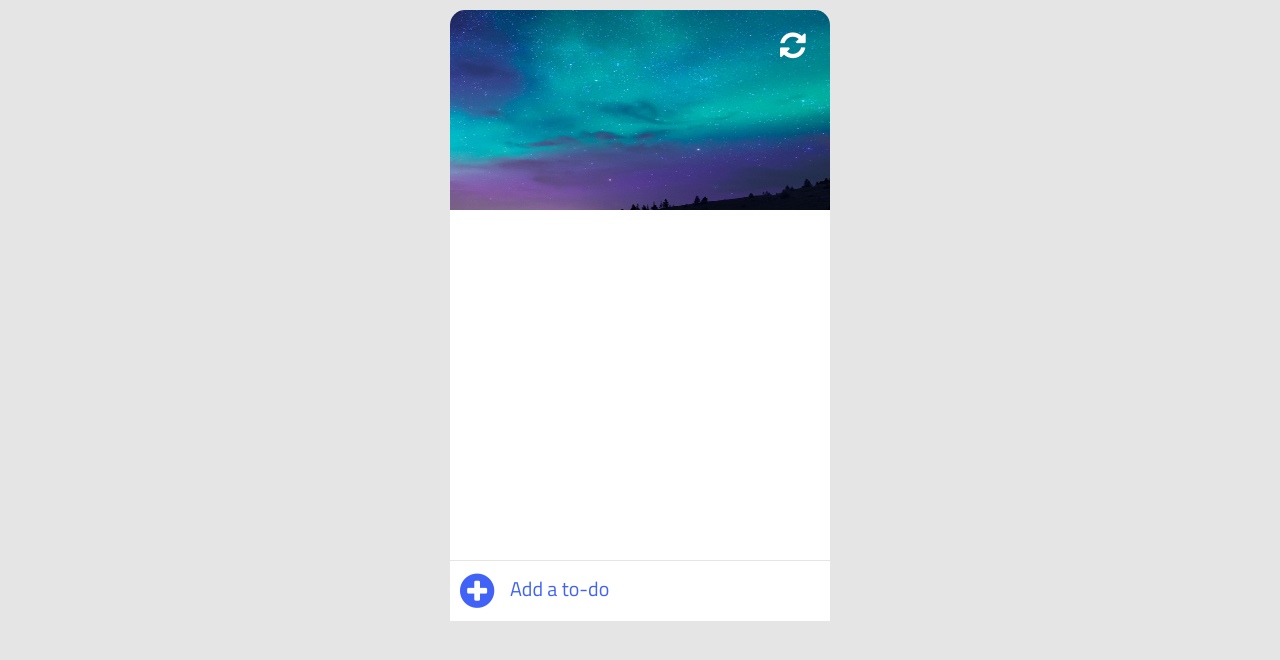
Repository: abouzarSoleymani/todo-js
Page: index.html
An editor plug-in stored every save of this project. The page is shown before and after the next save, followed by the edit.
The browser window is 1280 px wide. The pictures show the whole page.

Above is the page before, as saved 2019-11-15 13:16:56.
Console error: ReferenceError: moment is not defined

### index.html
<!-- CODE EXPLAINED CHANNEL -->
<!DOCTYPE html>
<html lang="en">
<head>
    <meta charset="UTF-8">
    <title>JavaScript - To Do List</title>
    <link rel="stylesheet" href="https://fonts.googleapis.com/css?family=Titillium+Web">
    <link rel="stylesheet" href="css/font-awesome.css">
    <link rel="stylesheet" href="css/style.css">
</head>
<body>
    <div class="container">
        <div class="header">
            <div class="clear">
                <i class="fa fa-refresh"></i>
            </div>
            <div id="date"></div>
            <div id="date-fa"></div>
        </div>
        <div class="content">
            <ul id="list">
               <!--
                <li class="item">
                    <i class="fa fa-circle-thin co" job="complete" id="0"></i>
                    <p class="text">Drink Coffee</p>
                    <i class="fa fa-trash-o de" job="delete" id="0"></i>
                </li> -->
            </ul>
        </div>
        <div class="add-to-do">
            <i class="fa fa-plus-circle"></i>
            <input type="text" id="input" placeholder="Add a to-do">
        </div>
    </div>
    <script src="js/app.js"></script>
</body>
</html>

### css/style.css
/* ------------ youtube.com/CodeExplained ------------ */
body{
    padding: 0;
    margin: 0;
    background-color: rgba(0,0,0,0.1);
    font-family: 'Titillium Web', sans-serif;
}

/* ------------ container ------------ */
.container{
    padding:10px;
    width:380px;
    margin:0 auto;
}

/* ------------ header ------------ */
.header{
    width: 380px;
    height:200px;
    background-image: url('../img/bg2.jpg');
    background-size: 100% 200%;
    background-repeat: no-repeat;
    border-radius: 15px 15px 0 0;
    position: relative;
}
.clear{
    width : 30px;
    height: 30px;
    position: absolute;
    right:20px;
    top: 20px;
}
.clear i{
    font-size: 30px;
    color: #FFF;
}
.clear i:hover{
    cursor: pointer;
    text-shadow: 1px 3px 5px #000;
    transform: rotate(45deg);
}
#date{
    position: absolute;
    bottom: 10px;
    left: 10px;
    color: #FFF;
    font-size: 25px;
    font-family: 'Titillium Web', sans-serif;
}
#date-fa{
    position: absolute;
    bottom: 10px;
    right: 10px;
    color: #FFF;
    font-size: 25px;
    font-family: 'Titillium Web', sans-serif;
}

/* ------------ content ------------ */
.content{
    width:380px;
    height: 350px;
    max-height:350px;
    background-color: #FFF;
    overflow: auto;
}
.content::-webkit-scrollbar {
    display: none;
}
.content ul{
    padding:0;
    margin:0;
}
.item{
    width:380px;
    height: 45px;
    min-height: 45px;
    position: relative;
    border-bottom: 1px solid rgba(0,0,0,0.1);
    list-style: none;
    padding: 0;
    margin: 0;
}
.item i.co{
    position: absolute;
    font-size: 25px;
    padding-left:5px;
    left:15px;
    top:10px;
}
.item i.co:hover{
    cursor: pointer;
}
.fa-check-circle{
    color:#6eb200;
}
.item p.text{
    position: absolute;
    padding:0;
    margin:0;
    font-size: 20px;
    left:50px;
    top:5px;
    background-color: #FFF;
    max-width:285px;
}
.lineThrough{
    text-decoration: line-through;
    color : #ccc;
}
.item i.de{
    position: absolute;
    font-size: 25px;
    right:15px;
    top:10px;
}
.item i.de:hover{
    color:#af0000;
    cursor: pointer;
}
/* ------------ add item ------------ */
.add-to-do{
    position: relative;
    width: 360px;
    height:40px;
    background-color: #FFF;
    padding: 10px;
    border-top: 1px solid rgba(0,0,0,0.1);
}
.add-to-do i{
    position: absolute;
    font-size: 40px;
    color: #4162f6;
}

.add-to-do input{
    position: absolute;
    left: 50px;
    height: 35px;
    width: 310px;
    background-color: transparent;
    border: none;
    font-size: 20px;
    padding-left:10px;
}
.add-to-do input::-webkit-input-placeholder { /* Chrome/Opera/Safari */
    color: #4162f6;
    font-family: 'Titillium Web', sans-serif;
    font-size: 20px;
}
.add-to-do input::-moz-placeholder { /* Firefox 19+ */
    color: #4162f6;
    font-family: 'Titillium Web', sans-serif;
    font-size: 20px;
}
.add-to-do input:-ms-input-placeholder { /* IE 10+ */
    color: #4162f6;
    font-family: 'Titillium Web', sans-serif;
    font-size: 20px;
}
.add-to-do input:-moz-placeholder { /* Firefox 18- */
    color: #4162f6;
    font-family: 'Titillium Web', sans-serif;
    font-size: 20px;
}

### js/app.js
// CODE EXPLAINED channel

// Select the Elements
const clear = document.querySelector(".clear");
const dateElementEN = document.getElementById("date");
const dateElementFA = document.getElementById("date-fa");
const list = document.getElementById("list");
const input = document.getElementById("input");

// Classes names
const CHECK = "fa-check-circle";
const UNCHECK = "fa-circle-thin";
const LINE_THROUGH = "lineThrough";

// Variables
let LIST, id;

// get item from localstorage
let data = localStorage.getItem("TODO");

// check if data is not empty
if(data){
    LIST = JSON.parse(data);
    id = LIST.length; // set the id to the last one in the list
    loadList(LIST); // load the list to the user interface
}else{
    // if data isn't empty
    LIST = [];
    id = 0;
}

// load items to the user's interface
function loadList(array){
    array.forEach(function(item){
        addToDo(item.name, item.id, item.done, item.trash);
    });
}

// clear the local storage
clear.addEventListener("click", function(){
    localStorage.clear();
    location.reload();
});

// Show todays date
const optionsEN = {weekday : "long", month:"short", day:"numeric"};
const optionsFA = { weekday : "long", month:"short", day:"numeric"};
const today = new Date();

var dateString = moment(today).format('YYYY-MM-DD');

dateElementEN.innerHTML = dateString.toLocaleDateString("en-US", optionsEN);
dateElementFA.innerHTML = dateString.toLocaleDateString("fa", optionsFA);

// add to do function

function addToDo(toDo, id, done, trash){

    if(trash){ return; }

    const DONE = done ? CHECK : UNCHECK;
    const LINE = done ? LINE_THROUGH : "";

    const item = `<li class="item">
                    <i class="fa ${DONE} co" job="complete" id="${id}"></i>
                    <p class="text ${LINE}">${toDo}</p>
                    <i class="fa fa-trash-o de" job="delete" id="${id}"></i>
                  </li>
                `;

    const position = "beforeend";

    list.insertAdjacentHTML(position, item);
}

// add an item to the list user the enter key
document.addEventListener("keyup",function(even){
    if(event.keyCode == 13){
        const toDo = input.value;

        // if the input isn't empty
        if(toDo){
            addToDo(toDo, id, false, false);

            LIST.push({
                name : toDo,
                id : id,
                done : false,
                trash : false
            });

            // add item to localstorage ( this code must be added where the LIST array is updated)
            localStorage.setItem("TODO", JSON.stringify(LIST));

            id++;
        }
        input.value = "";
    }
});


// complete to do
function completeToDo(element){
    element.classList.toggle(CHECK);
    element.classList.toggle(UNCHECK);
    element.parentNode.querySelector(".text").classList.toggle(LINE_THROUGH);

    LIST[element.id].done = LIST[element.id].done ? false : true;
}

// remove to do
function removeToDo(element){
    element.parentNode.parentNode.removeChild(element.parentNode);

    LIST[element.id].trash = true;
}

// target the items created dynamically

list.addEventListener("click", function(event){
    const element = event.target; // return the clicked element inside list
    const elementJob = element.attributes.job.value; // complete or delete

    if(elementJob == "complete"){
        completeToDo(element);
    }else if(elementJob == "delete"){
        removeToDo(element);
    }

    // add item to localstorage ( this code must be added where the LIST array is updated)
    localStorage.setItem("TODO", JSON.stringify(LIST));
});

Loaded but not shown: css/font-awesome.css (library)

After the next save:
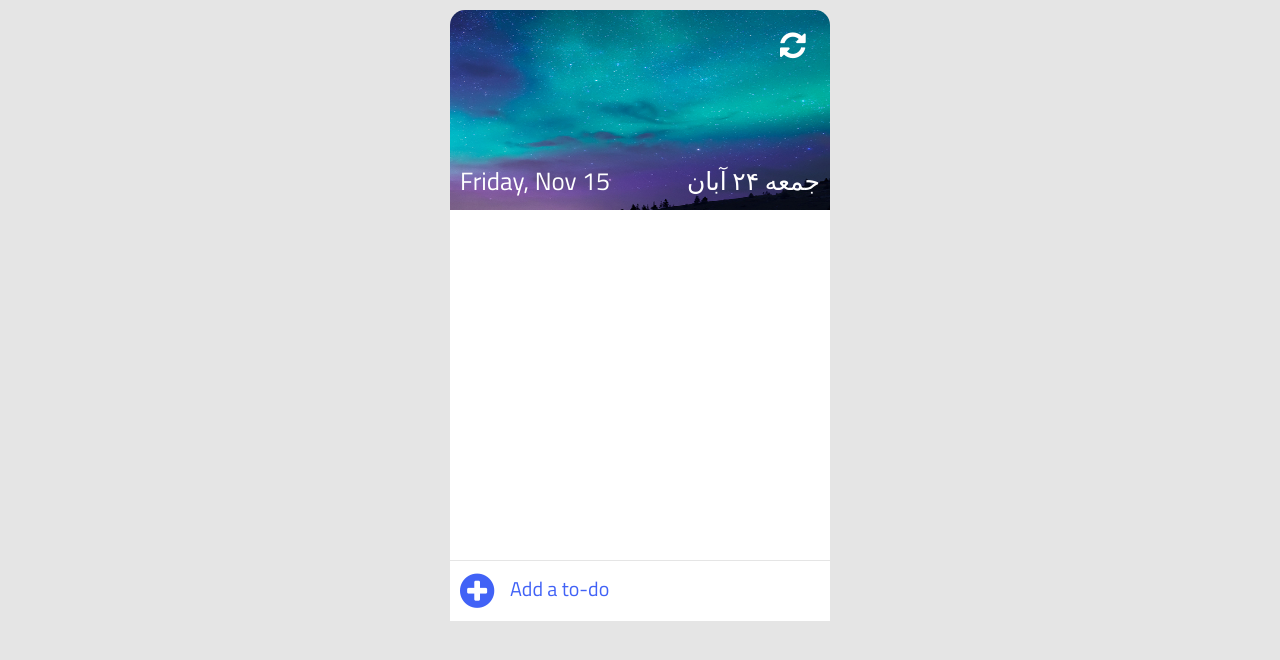
The error is gone.
Saved 4 s later.
--- a/js/app.js
+++ b/js/app.js
@@ -47,10 +47,8 @@ const optionsEN = {weekday : "long", month:"short", day:"numeric"};
 const optionsFA = { weekday : "long", month:"short", day:"numeric"};
 const today = new Date();
 
-var dateString = moment(today).format('YYYY-MM-DD');
-
-dateElementEN.innerHTML = dateString.toLocaleDateString("en-US", optionsEN);
-dateElementFA.innerHTML = dateString.toLocaleDateString("fa", optionsFA);
+dateElementEN.innerHTML = today.toLocaleDateString("en-US", optionsEN);
+dateElementFA.innerHTML = today.toLocaleDateString("fa", optionsFA);
 
 // add to do function
 
